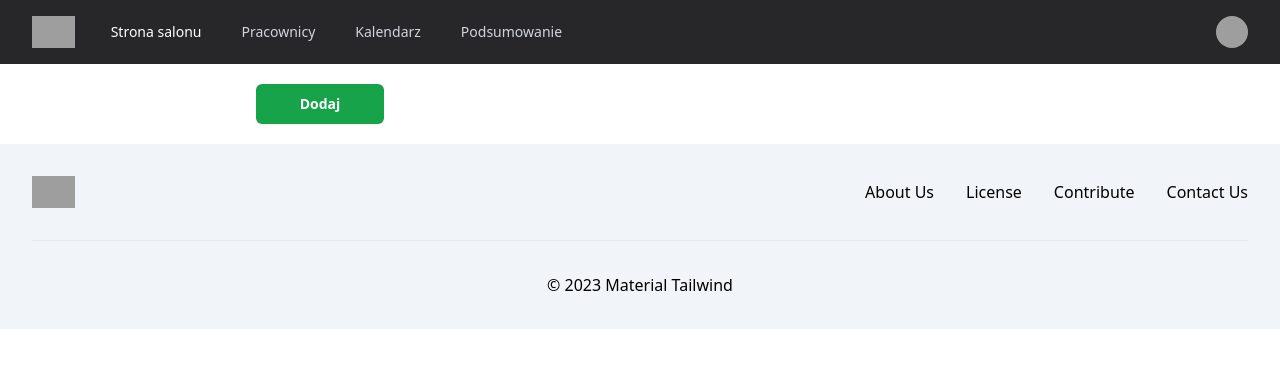
Repository: PrzemyslawJura/my-app
Page: /pracownicy (app in frontend/)
An editor plug-in stored every save of this project. The page is shown before and after the next save, followed by the edit.
The browser window is 1280 px wide. The pictures show the whole page.
Pictures or frames that could not be fetched are drawn as grey boxes. The page's requests for data from a server got no answer. The project was rebuilt for these pictures with package versions that can differ from the ones it lists, and the page was loaded fresh each time. No one was signed in, and anything a server would have sent is missing. Also part of the build but not shown: frontend/src/components/Location.jsx, frontend/src/home/Feature.jsx, frontend/src/shared_np_buttony_inputy_kalendarze_itp/PaginationTile.jsx, frontend/src/home/Pagination.jsx, frontend/src/home/Listbox.jsx, frontend/src/home/StepOne.jsx, frontend/src/home/StepTwo.jsx, frontend/src/home/SalonOffer.jsx and 22 more.

Above is the page before, as saved 2023-11-24 13:06:21.

After the next save:
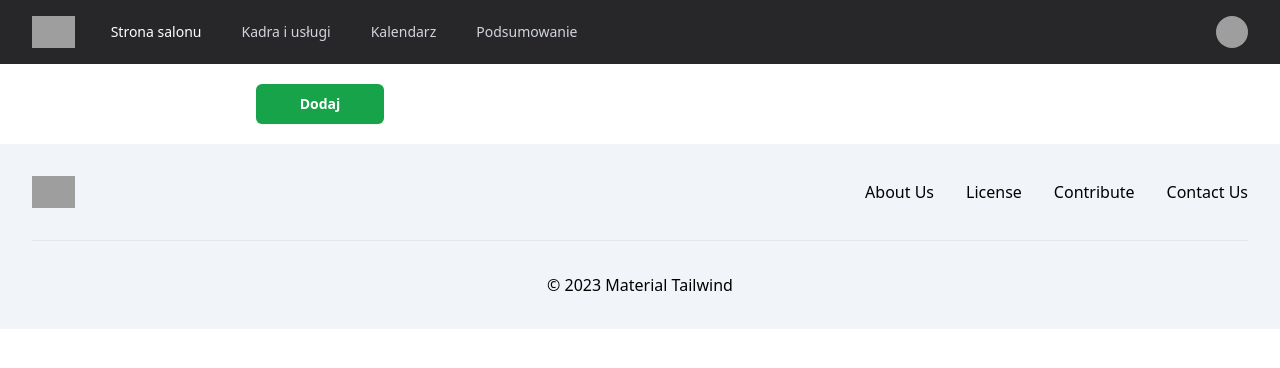
Saved 34 s later.
--- a/frontend/src/core/NavbarBiznes.jsx
+++ b/frontend/src/core/NavbarBiznes.jsx
@@ -5,7 +5,7 @@ import { Bars3Icon, XMarkIcon } from '@heroicons/react/24/outline'
 
 const navigation = [
   { name: 'Strona salonu', href: '/stronasalonu', current: true },
-  { name: 'Pracownicy', href: '/pracownicy', current: false },
+  { name: 'Kadra i usługi', href: '/pracownicy', current: false },
   { name: 'Kalendarz', href: '/kalendarz', current: false },
   { name: 'Podsumowanie', href: '/podsumowanie', current: false },
 ]
